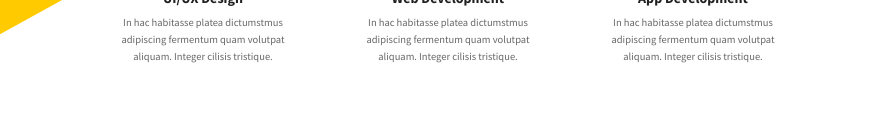
Repository: advert31337/marafon_from0to1_MartaUP
Page: index.html
These files come from the project's save history. The page is drawn as it stood at one moment and after the next save; the edit follows.
The browser window is 1280 px wide. The pictures show the part of the page from y = 1185 to 3105 px (the page is 1371 px tall before and 3240 px after), at 70% of full size.

Above is the page before, as saved 2020-03-08 15:35:02.

### index.html
<!DOCTYPE html>
<html lang="en">

<head>
    <meta charset="UTF-8">
    <meta name="viewport" content="width=device-width, initial-scale=1.0">
    <title>Marafon MartaUP</title>
    <link href="https://fonts.googleapis.com/css?family=Source+Sans+Pro:400,600,700&display=swap" rel="stylesheet">
    <link rel="stylesheet" href="css/reset.css">
    <link rel="stylesheet" href="css/slick.css">
    <link rel="stylesheet" href="css/style.css">
</head>

<body>
    <header class="header">

        <div class="container">
            <div class="header__top">

                <div class="logo">
                    <a href="#!">+
                        <img src="images/logo.svg" alt="">
                    </a>
                </div>

                <nav class="menu">
                    <div class="menu__btn">
                        <span>

                        </span>
                    </div>
                    <ul class="menu__list">
                        <li><a class="menu__list-item" href="#">home</a></li>
                        <li><a class="menu__list-item" href="#">work</a></li>
                        <li><a class="menu__list-item" href="#">about</a></li>
                        <li><a class="menu__list-item" href="#">contact</a></li>
                    </ul>
                </nav>

                <div class="header-btn">
                    <a class="login" href="#">login</a>
                    <a class="sign-up" href="#">sign up</a>
                </div>

            </div>

            <div class="header-slider">
                <div class="header-slider__item">
                    <div class="header-slider__item-content">

                        <div class="header-slider__item-info">
                            <h3 class="header-slider__title">
                                We Build Apps & Websites
                                for Your Business
                            </h3>
                            <div class="header-slider__description">
                                For startups, For businesses & For you
                            </div>
                            <a href="" class="header-slider__btn">Request a quote</a>
                        </div>

                        <div class="header-slider__item-images">
                            <img src="images/slider-img.png" alt="">
                        </div>
                    </div>
                </div>


                <div class="header-slider__item">
                    <div class="header-slider__item-content">

                        <div class="header-slider__item-info">
                            <h3 class="header-slider__title">
                                We Build Apps & Websites
                                for Your Business
                            </h3>
                            <div class="header-slider__description">
                                For startups, For businesses & For you
                            </div>
                            <a href="" class="header-slider__btn">Request a quote</a>
                        </div>

                        <div class="header-slider__item-images">
                            <img src="images/slider-img.png" alt="">
                        </div>
                    </div>
                </div>


                <div class="header-slider__item">
                    <div class="header-slider__item-content">

                        <div class="header-slider__item-info">
                            <h3 class="header-slider__title">
                                We Build Apps & Websites
                                for Your Business
                            </h3>
                            <div class="header-slider__description">
                                For startups, For businesses & For you
                            </div>
                            <a href="" class="header-slider__btn">Request a quote</a>
                        </div>

                        <div class="header-slider__item-images">
                            <img src="images/slider-img.png" alt="">
                        </div>
                    </div>
                </div>


                <div class="header-slider__item">
                    <div class="header-slider__item-content">

                        <div class="header-slider__item-info">
                            <h3 class="header-slider__title">
                                We Build Apps & Websites
                                for Your Business
                            </h3>
                            <div class="header-slider__description">
                                For startups, For businesses & For you
                            </div>
                            <a href="" class="header-slider__btn">Request a quote</a>
                        </div>

                        <div class="header-slider__item-images">
                            <img src="images/slider-img.png" alt="">
                        </div>
                    </div>
                </div>


                <div class="header-slider__item">
                    <div class="header-slider__item-content">

                        <div class="header-slider__item-info">
                            <h3 class="header-slider__title">
                                We Build Apps & Websites
                                for Your Business
                            </h3>
                            <div class="header-slider__description">
                                For startups, For businesses & For you
                            </div>
                            <a href="" class="header-slider__btn">Request a quote</a>
                        </div>

                        <div class="header-slider__item-images">
                            <img src="images/slider-img.png" alt="">
                        </div>
                    </div>
                </div>
            </div>

        </div>

    </header>

    <section class="specialised">
        <div class="container">
            <div class="specialised__title title">
                We are specialised in
            </div>
            <div class="specialised__items">
                <div class="specialised__item">
                    <div class="specialised__item-img">
                        <img src="images/specialise-1.svg" alt="">
                    </div>

                    <div class="specialise__item-title">
                        UI/UX Design
                    </div>
                    <div class="specialise__item-text">
                        In hac habitasse platea dictumstmus adipiscing fermentum quam volutpat aliquam. Integer cilisis tristique.
                    </div>
                </div>
                <div class="specialised__item">
                    <div class="specialised__item-img">
                        <img src="images/specialise-2.svg" alt="">
                    </div>
                    <div class="specialise__item-title">
                        Web Development
                    </div>
                    <div class="specialise__item-text">
                        In hac habitasse platea dictumstmus adipiscing fermentum quam volutpat aliquam. Integer cilisis tristique.
                    </div>
                </div>
                <div class="specialised__item">
                    <div class="specialised__item-img">
                        <img src="images/specialise-3.svg" alt="">
                    </div>
                    <div class="specialise__item-title">
                        App Development
                    </div>
                    <div class="specialise__item-text">
                        In hac habitasse platea dictumstmus adipiscing fermentum quam volutpat aliquam. Integer cilisis tristique.
                    </div>
                </div>
            </div>
        </div>
    </section>

    <!-- <section class="advantages">
        <div class="container">

            <div class="advantages-box">
                <div class="advantages-box__info">
                    <div class="advantages-box__title">
                        Experienced Designers & Developers
                    </div>
                    <div class="advantages-box__text">
                        <p>
                            Nam dapibus nisl vitae elit fringilla rutrum. Aenean sollicitudin, erat a elementum rutrum, neque sem pretium metus, quis mollis nisl nunc et massa.
                        </p>
                        <p>
                            Vestibulum sed metus in lorem tristique ullamcorper id vitae erat.
                        </p>
                    </div>
                </div>

                <div class="advantages-box__img">
                    <img src="images/advantages-1.png" alt="">
                </div>
            </div>

            <div class="advantages-box advantages-box--right">
                <div class="advantages-box__info">
                    <div class="advantages-box__title">
                        Information Architect &
                        Visual Prototyping
                    </div>
                    <div class="advantages-box__text">
                        <p>
                            Nam dapibus nisl vitae elit fringilla rutrum. Aenean sollicitudin, erat a elementum rutrum, neque sem pretium metus, quis mollis nisl nunc et massa.
                        </p>
                        <p>
                            Vestibulum sed metus in lorem tristique ullamcorper id vitae erat. Nulla mollis sapien sollicitudin lacinia lacinia. Nam dapibus nisl vitae elit fringilla rutrum. Aenean sollicitudin, erat a elementum rutrum, neque sem pretium metus, quis mollis nisl nunc et massa
                        </p>
                    </div>
                </div>
                <div class="advantages-box__img">
                    <img src="images/advantages-2.png" alt="">
                </div>
            </div>

            <div class="advantages-box">
                <div class="advantages-box__info advantages-box__info--bg">
                    <div class="advantages-box__title">
                        Idea Generation & Foundation
                    </div>
                    <div class="advantages-box__text">
                        <p>
                            Nam dapibus nisl vitae elit fringilla rutrum. Aenean sollicitudin, erat a elementum rutrum, neque sem pretium metus, quis mollis nisl nunc et massa. Nam dapibus nisl vitae elit fringilla rutrum. Aenean sollicitudin, erat a elementum rutrum, neque sem pretium metus, quis mollis nisl nunc et massa    Vestibulum sed metus in lorem tristique ullamcorper id vitae erat. Nulla mollis sapien sollicitudin lacinia lacinia. Nam dapibus nisl vitae elit fringilla rutrum. Aenean sollicitudin, erat a elementum rutrum, neque sem pretium metus, quis mollis nisl nunc et massa
                        </p>
                    </div>
                </div>

                <div class="advantages-box__img">
                    <img src="images/advantages-3.png" alt="">
                </div>
            </div>
        </div>
    </section> -->

    <!-- <section class="reviews">
        <div class="container">
            <div class="reviews__title title">
                Don’t Just Take Our Words
            </div>
            <div class="reviews__items">

                <div class="reviews__item">
                    <div class="reviews__item-head">
                        <img src="images/rev-1.jpg" alt="">
                        <div class="reviews__item-info">
                            <div class="reviews__item-name">
                                Arakat Bank
                            </div>
                            <div class="reviews__item-position">
                                International Bank Ltd.
                            </div>
                        </div>
                    </div>
                    <div class="reviews__item-text">
                        Fusce vehicula dolor arcu, sit amet blandit dolor mollis nec. Donec viverra eleifend lacus, vitae ullamcorper metus. Sed sollicitudin ipsum.
                    </div>
                </div>

                <div class="reviews__item">
                    <div class="reviews__item-head">
                        <img src="images/rev-2.jpg" alt="">
                        <div class="reviews__item-info">
                            <div class="reviews__item-name">
                                Chrsitopher Company Ltd.
                            </div>
                            <div class="reviews__item-position">
                                Design & Development
                            </div>
                        </div>
                    </div>
                    <div class="reviews__item-text">
                        Fusce vehicula dolor arcu, sit amet blandit dolor mollis nec. Donec viverra eleifend lacus, vitae ullamcorper metus. Sed sollicitudin ipsum.
                    </div>
                </div>

                <div class="reviews__item">
                    <div class="reviews__item-head">
                        <img src="images/rev-3.jpg" alt="">
                        <div class="reviews__item-info">
                            <div class="reviews__item-name">
                                Jigsawlab Studio Inc.
                            </div>
                            <div class="reviews__item-position">
                                Interactive Prototyping
                            </div>
                        </div>
                    </div>
                    <div class="reviews__item-text">
                        Fusce vehicula dolor arcu, sit amet blandit dolor mollis nec. Donec viverra eleifend lacus, vitae ullamcorper metus. Sed sollicitudin ipsum.
                    </div>
                </div>

            </div>
        </div>
    </section> -->

    <!-- <footer class="footer">
        <div class="container">
            <div class="footer__inner">
                <div class="footer__link">
                    <a href="#">About Martaup</a>
                    <a href="#">Help</a>
                    <a href="#">Privacy Policy</a>
                </div>
                <div class="footer__copy">
                    © 2013-2018 All rights reserved.
                </div>
            </div>
        </div>
    </footer> -->


    <script src="https://ajax.googleapis.com/ajax/libs/jquery/3.4.1/jquery.min.js"></script>
    <script src="js/slick.min.js"></script>
    <script src="js/main.js"></script>
</body>

</html>

### css/style.css
*{
    box-sizing: border-box;
}

body {
    font-family: 'Source Sans Pro', sans-serif;
    font-size: 15px;
    line-height: 24px;
}

a {
    text-decoration: none;
    color: inherit;
}
.header {
    background-image: url('../images/header-bg.jpg');
    min-height: 793px;
    background-repeat: no-repeat;
    background-size: cover;
    background-position: top center;
}

.container {
    max-width: 1200px;
    margin: 0 auto;
    padding: 0 15px 0 15px;

}

.header__top {
    display: flex;
    justify-content: space-between;
    height: 100px;
    align-items: center;
}

.menu__list {
    display: flex;
}

.menu__list li + li {
    padding-left: 50px;

}

.login {
    margin-right: 44px;
    color: #fff;
    text-transform: uppercase;
    font-weight: 600;
}

.menu__list a{
    opacity: 0.5;
    color: #fff;
    font-weight: 600;
    text-transform: uppercase;
    transition: all 0.5s;
}

.menu__list a:hover {
    opacity: 1;
}

.sign-up {
    text-transform: uppercase;
    color: #250f8a;
    font-weight: 600;
    background-color: #fff;
    padding: 8px 43px;
    border-radius: 20px;

}

.header-slider {
    padding-top: 111px;
}
.header-slider__item {

}
.header-slider__item-content {
    display: flex;
    justify-content: space-between;
}
.header-slider__item-info {
    max-width: 506px;
    color:#fff;
}
.header-slider__title {
    font-weight: 700;
    font-size: 45px;
    line-height: 60px;
    margin-bottom: 10px;
}
.header-slider__description {
    line-height: 55px;
    font-size: 24px;
    margin-bottom: 60px;
}
.header-slider__btn {
    font-weight: 600;
    text-transform: uppercase;
    color: #250F8A;
    padding: 13px 39px;
    background-color: #FFCA00;
    border-radius: 25px;
}
.header-slider__item-images {
    margin: 10px 82px 0 0;
}

.header-dots{
    list-style: none;
    position: absolute;
    right: 0;
    top: 50%;
    transform: translateY(-50%)
}

.header-dots button {
    border: none;
    background-color: #fff;
    opacity: 0.5;
    font-size: 0;
    padding: 0;
    width: 7px;
    height: 7px;
    border-radius: 3.5px;
    cursor: pointer;
    outline: none;
    margin: 10px auto;
    display: block;
}

.header-dots .slick-active button{
    width: 15px;
    opacity: 1;
}

.specialised{
    padding: 55px 0 93px;
    background-image: url(../images/special-bg.svg);
    background-position: left bottom;
    background-repeat: no-repeat;
    color: #202020;
    text-align: center;
}

.specialised__title {
    margin-bottom: 96px;
}
.title {
    font-size: 35px;
    line-height: 45px;
    font-weight: 700;
    text-align: center;
}

.specialised__items {
    display: flex;
    justify-content: space-between;
    max-width: 980px;
    margin: 0 auto;

}
.specialised__item {
    width: 280px;
}
.specialised__item-img {
    margin-bottom: 23px;
    min-height: 159px;
}
.specialise__item-title {
    margin-bottom: 11px;
    font-size: 20px;
    font-weight: 700;
}
.specialise__item-text {
   padding: 0 10px;
   color: #272727;
   opacity: 0.7;
}


.advantages {
    padding-top: 64px;
    background: #f4f9fd;
    background-image: url(../images/advantages-bg.svg);
    background-repeat: no-repeat;
    background-position: center right;
}

.advantages-box {
    display: flex;
    justify-content: space-between;
    padding-bottom: 76px;
}

 .advantages-box--right .advantages-box__info{
    order: 1;
    background-image: url(../images/title-bg-2.svg);
    background-position: 22px 130px;
}
.advantages-box__info {
    max-width: 455px;
    padding-top: 60px;
    background-image: url(../images/title-bg-1.svg);
    background-repeat: no-repeat;
    background-position: 22px 76px;
}

.advantages-box__info--bg{
    background-image: url(../images/title-bg-3.svg);
    background-position: 5px 105px;
}


.advantages-box__title {
    color: #202020;
    font-size: 35px;
    line-height: 45px;
    font-weight: 700;
    padding: 68px 0 15px 48px;

}
.advantages-box__text {
    padding-left: 48px;
    color: #272727;
}

.advantages-box__text p{
    margin: 12px 0;
}


.reviews {
    background-image: url(../images/reviews-bg.jpg);
    background-repeat: no-repeat;
    background-position: top center;
    background-size: cover;
    padding: 38px 53px;
}

.reviews__title {
    color: #fff;
    margin: 0 auto 48px;
    max-width: 384px;
}
.reviews__items {
    max-width: 940px;
    margin: 0 auto;
    display: flex;
    justify-content: space-between;
}
.reviews__item {
    width: 300px;
    border-radius: 5px;
    background-color: rgba(255, 255, 255, .2);
    padding: 35px 20px;
    color: #fff;
}
.reviews__item-head {
    margin-bottom: 13px;
    display: flex;
}

.reviews__item-head img{
    border-radius: 50%;
    margin-right: 20px;
}

.reviews__item-name {
    font-weight: 600;
}
.reviews__item-position {
    opacity: .5;
}
.reviews__item-text {
    text-align: center;
    padding-top: 39px;
    position: relative;
}

.reviews__item-text::before{
    content: "“";
    font-size: 40px;
    line-height: 55px;
    font-weight: 700;
    position: absolute;
    top: 0;
    left: 0;
    right: 0;
}

.footer{

}

.footer__inner {
    display: flex;
    justify-content: space-between;
    align-items: center;
    height: 61px;
    color: #272727;
    padding: 0 40px;
}
.footer__link a + a {
    margin-left: 20px;
}




@media (max-width: 1201px){
    .specialised{
        background-size: 60px;
    }
}

@media (max-width: 1190px){
    .header-slider__item-images{
        margin: 50px 20px 0 0;
    }
    .header-slider__item-images img{
        width: 80%;
    }
    .header-slider__item-info{
        padding: 50px 0;
    }

    .header-slider{
        padding-top: 25px;
    }
}

@media (max-width: 1080px){
    .specialised{
        background-image: none;
    }
}


@media (max-width: 924px){
    .header__top{
        flex-wrap: wrap;
    }

    .header-btn{
        width: 100%;
        text-align: right;
    }

    .login{
        margin-right: 30px;
    }

}

@media (max-width: 900px){
    .header-slider__item-images{
        display: none;
    }
}

@media (max-width: 775px) {
    .specialised{
        padding: 20px 0 40px;
    }

    .specialised__title{
        margin-bottom: 40px;
    }

    .specialised__items{
        flex-wrap: wrap;
    }

    .specialised__item{
        width: 50%;
        margin-bottom: 20px;
    }
}

@media (max-width: 570px) {
    .menu__list{
        display: none;
        position: absolute;
        top: 120px;
        left: 0;
        text-align: center;
        width: 100%;
        background-color: #1a50a8;
        z-index: 5;
    }

    .menu__list li + li{
        padding-left: 0;
    }

    .menu__list a{
        display: block;
        padding: 10px;
    }

    .menu__btn{
        width: 30px;
        height: 20px;
        position: relative;

    }

    .menu__btn span{
        width: 100%;
        height: 2px;
        background-color: #fff;
        top:9px;
        position: absolute;
    }

    .menu__btn::after,
    .menu__btn::before{
        content: "";
        height: 2px;
        width: 100%;
        background-color: #fff;
        position: absolute;
    }

    .menu__btn::after{
        top: 0;
    }

    .menu__btn::before{
        bottom: 0;
    }

    .header-slider__item-info{
        padding: 10px 30px 10px 0;
    }

    .header{
        min-height: 580px;
    }

    .header-slider__description{
        margin-bottom: 20px;
        font-size: 20px;
        line-height: 35px;
    }

    .header-slider__title{

        font-size: 35px;
        line-height: 45px;

    }


    .specialised__items{
        display: block;
    }

    .specialised__item{
        width: 100%;

    }

    .title{
        font-size: 30px;
        line-height: 40px;
    }



}

@media (min-width: 570px){
    .menu__list{
        display: flex !important;
    }

}

### js/main.js
$(function(){
    $('.header-slider').slick({
        arrows: false,
        vertical: true,
        dots: true,
        dotsClass: 'header-dots',
        autoplay: 2000,

    })

    $('.menu__btn').on('click', function(){
        $('.menu__list').slideToggle()
    })
})

Loaded but not shown: css/reset.css (common file); css/slick.css (common file); js/slick.min.js (library)

After the next save:
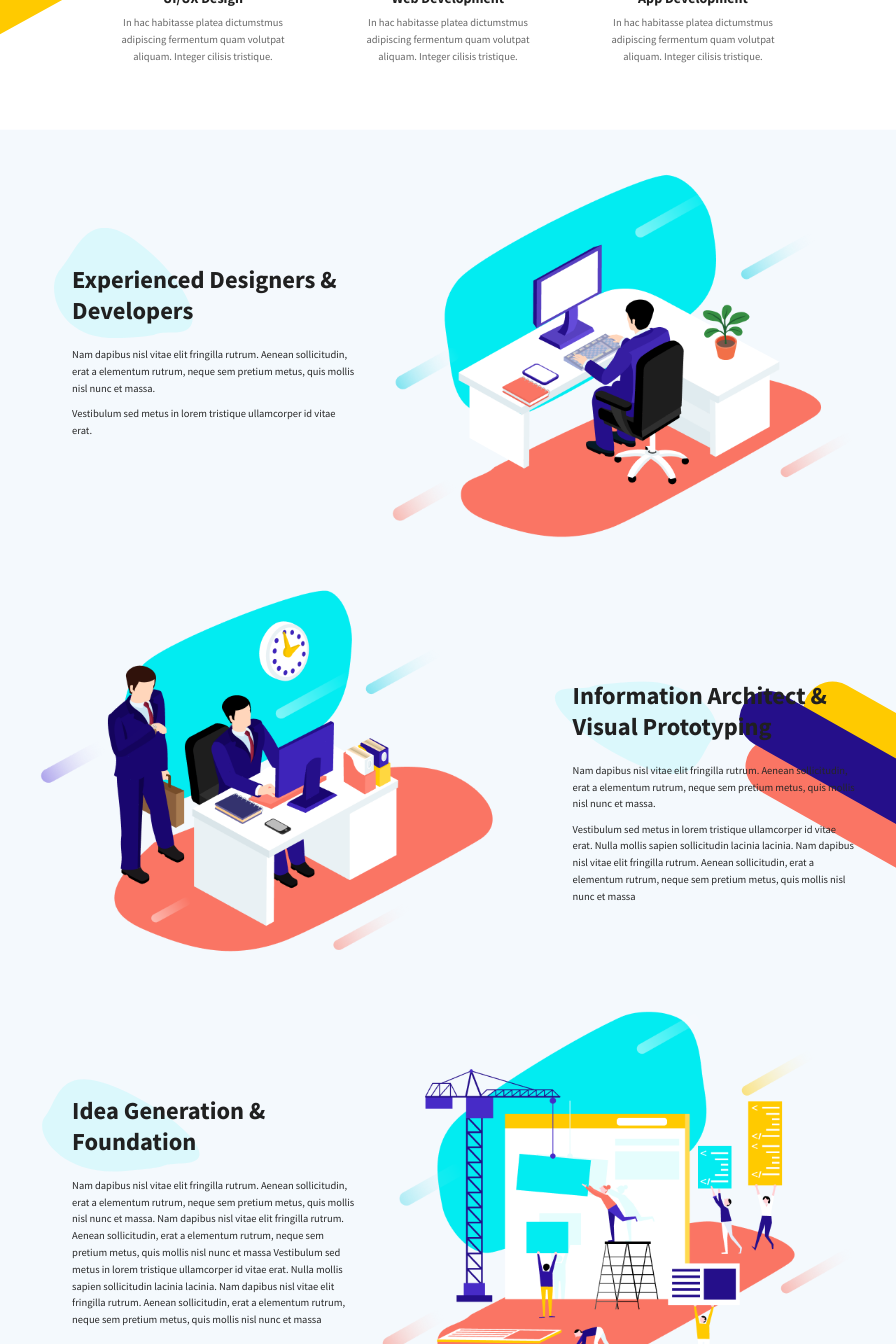
Saved 112 min 17 s later.
--- a/index.html
+++ b/index.html
@@ -198,7 +198,7 @@
         </div>
     </section>
 
-    <!-- <section class="advantages">
+    <section class="advantages">
         <div class="container">
 
             <div class="advantages-box">
@@ -258,7 +258,7 @@
                 </div>
             </div>
         </div>
-    </section> -->
+    </section>
 
     <!-- <section class="reviews">
         <div class="container">
